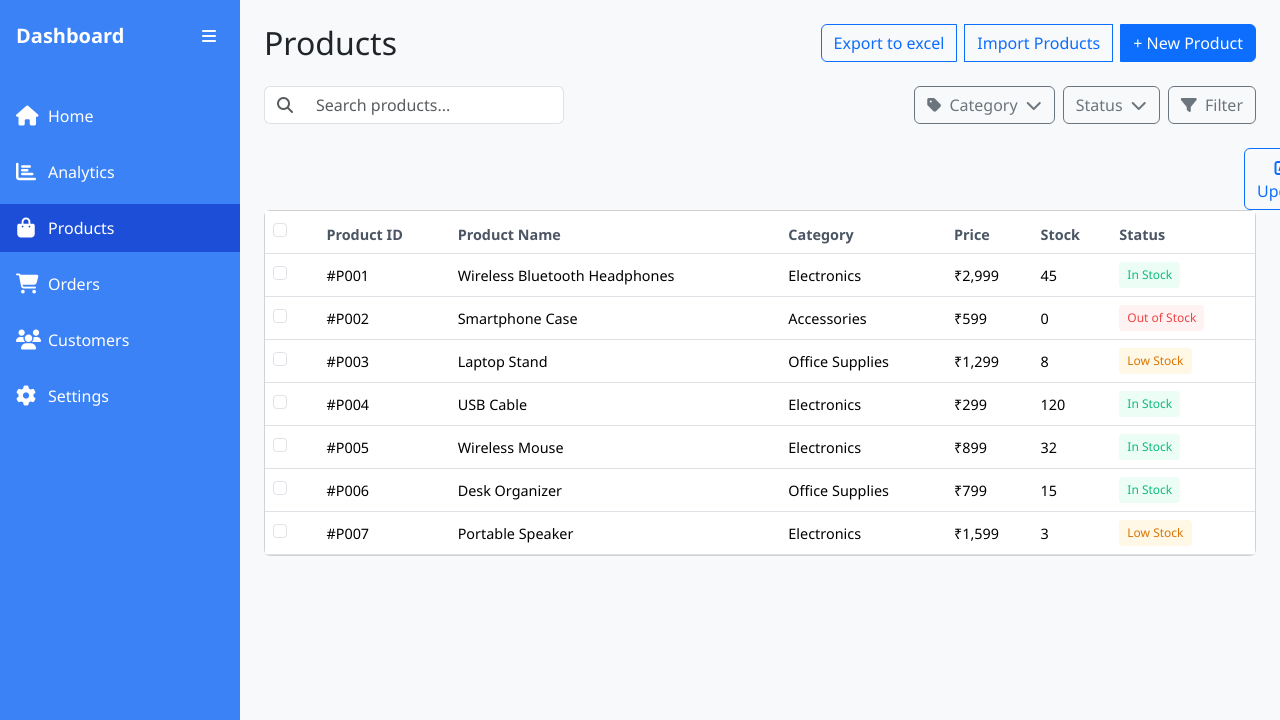
Repository: AditiAjitSalvi/Inventory_Managment
Page: Inventory_Managment_System/Inventory/src/main/webapp/Product.html
An editor plug-in stored every save of this project. The page is shown before and after the next save, followed by the edit.
The browser window is 1280 px wide. The pictures show the whole page.

Above is the page before, as saved 2025-05-23 11:15:59.

### Inventory_Managment_System/Inventory/src/main/webapp/Product.html
<!DOCTYPE html>
<html lang="en">
<head>
<meta charset="UTF-8">
<meta name="viewport" content="width=device-width, initial-scale=1.0">
<title>Products</title>
<!-- Bootstrap CSS -->
<link
	href="https://cdn.jsdelivr.net/npm/bootstrap@5.3.2/dist/css/bootstrap.min.css"
	rel="stylesheet">
<!-- Font Awesome for icons -->
<link rel="stylesheet"
	href="https://cdnjs.cloudflare.com/ajax/libs/font-awesome/6.4.2/css/all.min.css">
<!-- Custom CSS -->
<style>
/* Main Layout */
body {
	margin: 0;
	padding: 0;
	background-color: #f8f9fa;
	font-family: 'Segoe UI', Tahoma, Geneva, Verdana, sans-serif;
}

.dashboard-container {
	display: flex;
	min-height: 100vh;
}

/* Sidebar Styles */
.sidebar {
	width: 240px;
	background-color: #3b82f6; /* Blue 600 equivalent */
	color: white;
	transition: all 0.3s ease-in-out;
	display: flex;
	flex-direction: column;
}

.sidebar.collapsed {
	width: 64px;
}

.sidebar-header {
	display: flex;
	justify-content: space-between;
	align-items: center;
	padding: 16px;
}

.sidebar-title {
	font-size: 1.25rem;
	font-weight: bold;
	margin: 0;
}

.sidebar-toggle {
	background: transparent;
	border: none;
	color: white;
	cursor: pointer;
	padding: 8px;
}

.sidebar-toggle:hover {
	background-color: rgba(255, 255, 255, 0.1);
	border-radius: 4px;
}

.sidebar-menu {
	display: flex;
	flex-direction: column;
	padding-top: 16px;
}

.sidebar-link {
	display: flex;
	align-items: center;
	padding: 12px 16px;
	text-decoration: none;
	color: white;
	margin: 4px 0;
	transition: background-color 0.2s;
}

.sidebar-link:hover {
	background-color: #2563eb; /* Blue 700 equivalent */
	color: white;
}

.sidebar-link.active {
	background-color: #1d4ed8; /* Blue 800 equivalent */
	color: white;
}

.sidebar-link i {
	font-size: 1.25rem;
	width: 20px;
	text-align: center;
}

.sidebar-link .link-text {
	margin-left: 12px;
	white-space: nowrap;
}

.sidebar.collapsed .sidebar-title, .sidebar.collapsed .link-text {
	display: none;
}

/* Main Content */
.main-content {
	flex: 1;
	padding: 24px;
	overflow-y: auto;
}

/* Stat Cards */
.stat-card {
	border-radius: 8px;
	border: 1px solid rgba(0, 0, 0, 0.125);
	box-shadow: 0 1px 3px rgba(0, 0, 0, 0.1);
}

.stat-icon {
	font-size: 1.25rem;
	color: #6b7280; /* Text muted equivalent */
}

.stat-title {
	font-size: 0.875rem;
	color: #6b7280; /* Text muted equivalent */
	margin-bottom: 4px;
}

.stat-value {
	font-size: 1.5rem;
	font-weight: bold;
	margin: 0;
}

/* Chart Container */
.chart-container {
	height: 320px;
	width: 100%;
}

/* Product Visualization */
.product-visualization {
	height: 256px;
	background-color: #312e81; /* Indigo 950 equivalent */
	border-radius: 50%;
}

/* Status Badges */
.status {
	padding: 4px 8px;
	border-radius: 4px;
	font-size: 0.75rem;
	font-weight: 500;
	display: inline-block;
	text-align: center;
}

.status.in-stock {
	background-color: #ecfdf5;
	color: #10b981; /* Green 500 equivalent */
}

.status.out-of-stock {
	background-color: #fef2f2;
	color: #ef4444; /* Red 500 equivalent */
}

.status.low-stock {
	background-color: #fff8e6;
	color: #d97706; /* Amber 500 equivalent */
}

.status.discontinued {
	background-color: #f3f4f6;
	color: #6b7280; /* Gray 500 equivalent */
}

/* Products Page Styles */
.products-container {
	max-width: 100%;
	margin: 0 auto;
}

.search-wrapper {
	width: 300px;
}

.product-table {
	font-size: 0.9rem;
}

.product-table th {
	font-weight: 600;
	color: #4b5563;
	border-bottom-width: 1px;
}

.product-table td {
	vertical-align: middle;
}

.product-table .form-check {
	margin: 2;
}

/* Responsive Adjustments */
@media ( max-width : 768px) {
	.sidebar {
		width: 64px;
	}
	.sidebar .sidebar-title, .sidebar .link-text {
		display: none;
	}
	.main-content {
		padding: 16px;
	}
	.products-container .btn-group {
		display: flex;
		flex-direction: column;
	}
	.products-container .btn-group .btn {
		margin-bottom: 8px;
		margin-right: 0 !important;
	}
	.search-wrapper {
		width: 100%;
		margin-bottom: 16px;
	}
}

.action-buttons {
	position: absolute;
	right: 20px;
	top: 150px;
	display: flex;
	gap: 10px;
}

@media ( max-width : 992px) {
	.products-container .d-flex {
		flex-direction: column;
	}
	.products-container .d-flex .btn {
		margin-bottom: 8px;
	}
}

.card:hover {
	transform: translateY(-5px);
	box-shadow: 0 10px 20px rgba(0, 0, 0, 0.1);
	transition: 0.3s ease;
}
</style>
</head>
<body>
	<div class="dashboard-container">
		<!-- Sidebar -->
		<div class="sidebar" id="sidebar">
			<div class="sidebar-header">
				<h2 class="sidebar-title">Dashboard</h2>
				<button class="btn sidebar-toggle" id="sidebarToggle">
					<i class="fa fa-bars"></i>
				</button>
			</div>
			<div class="sidebar-menu">
				<a href="index.html" class="sidebar-link"> <i class="fa fa-home"></i>
					<span class="link-text">Home</span>
				</a> <a href="#" class="sidebar-link"> <i class="fa fa-chart-bar"></i>
					<span class="link-text">Analytics</span>
				</a> <a href="Product.html" class="sidebar-link active"> <i
					class="fa fa-shopping-bag"></i> <span class="link-text">Products</span>
				</a> <a href="orders.html" class="sidebar-link"> <i
					class="fa fa-shopping-cart"></i> <span class="link-text">Orders</span>
				</a> <a href="#" class="sidebar-link"> <i class="fa fa-users"></i> <span
					class="link-text">Customers</span>
				</a> <a href="#" class="sidebar-link"> <i class="fa fa-cog"></i> <span
					class="link-text">Settings</span>
				</a>
			</div>
		</div>

		<!-- Main Content -->
		<div class="main-content">
			<div class="products-container">
				<div class="d-flex justify-content-between align-items-center mb-4">
					<h2 class="m-0">Products</h2>
					<div class="btn-group">
						<button class="btn btn-outline-primary me-2">Export to
							excel</button>
						<button class="btn btn-outline-primary me-2">Import
							Products</button>
						<button class="btn btn-primary">+ New Product</button>
					</div>
				</div>

				<div class="d-flex justify-content-between align-items-center mb-4">
					<div class="search-wrapper">
						<div class="input-group">
							<span class="input-group-text bg-white border-end-0"> <i
								class="fa fa-search text-muted"></i>
							</span> <input type="text" class="form-control border-start-0"
								placeholder="Search products...">
						</div>
					</div>
					<div class="d-flex">
						<button class="btn btn-outline-secondary me-2">
							<i class="fa fa-tag me-1"></i> <span>Category</span> <i
								class="fa fa-chevron-down ms-1"></i>
						</button>
						<button class="btn btn-outline-secondary me-2">
							<span>Status</span> <i class="fa fa-chevron-down ms-1"></i>
						</button>
						<button class="btn btn-outline-secondary">
							<i class="fa fa-filter me-1"></i> <span>Filter</span>
						</button>
					</div>
				</div>
				<div class="d-flex"
					style="right: 50px; top: 150px; display: flex; gap: 10px; margin-left: 980px;">
					<button class="btn btn-outline-primary me-2">
						<i class="fa fa-edit me-1"></i> <span>Update</span>
					</button>
					<button class="btn btn-outline-danger">
						<i class="fa fa-trash me-1"></i> <span>Delete</span>
					</button>
				</div>

				<div class="card">
					<div class="card-body p-0">
						<div class="table-responsive">
							<table class="table product-table mb-0">
								<thead>
									<tr>
										<th>
											<div class="form-check">
												<input class="form-check-input" type="checkbox"
													id="selectAll"> <label class="form-check-label"
													for="selectAll"></label>
											</div>
										</th>
										<th>Product ID</th>
										<th>Product Name</th>
										<th>Category</th>
										<th>Price</th>
										<th>Stock</th>
										<th>Status</th>
									</tr>
								</thead>
								<tbody>
									<tr>
										<td>
											<div class="form-check">
												<input class="form-check-input" type="checkbox"> <label
													class="form-check-label"></label>
											</div>
										</td>
										<td>#P001</td>
										<td>Wireless Bluetooth Headphones</td>
										<td>Electronics</td>
										<td>₹2,999</td>
										<td>45</td>
										<td><span class="status in-stock">In Stock</span></td>
									</tr>
									<tr>
										<td>
											<div class="form-check">
												<input class="form-check-input" type="checkbox"> <label
													class="form-check-label"></label>
											</div>
										</td>
										<td>#P002</td>
										<td>Smartphone Case</td>
										<td>Accessories</td>
										<td>₹599</td>
										<td>0</td>
										<td><span class="status out-of-stock">Out of Stock</span></td>
									</tr>
									<tr>
										<td>
											<div class="form-check">
												<input class="form-check-input" type="checkbox"> <label
													class="form-check-label"></label>
											</div>
										</td>
										<td>#P003</td>
										<td>Laptop Stand</td>
										<td>Office Supplies</td>
										<td>₹1,299</td>
										<td>8</td>
										<td><span class="status low-stock">Low Stock</span></td>
									</tr>
									<tr>
										<td>
											<div class="form-check">
												<input class="form-check-input" type="checkbox"> <label
													class="form-check-label"></label>
											</div>
										</td>
										<td>#P004</td>
										<td>USB Cable</td>
										<td>Electronics</td>
										<td>₹299</td>
										<td>120</td>
										<td><span class="status in-stock">In Stock</span></td>
									</tr>
									<tr>
										<td>
											<div class="form-check">
												<input class="form-check-input" type="checkbox"> <label
													class="form-check-label"></label>
											</div>
										</td>
										<td>#P005</td>
										<td>Wireless Mouse</td>
										<td>Electronics</td>
										<td>₹899</td>
										<td>32</td>
										<td><span class="status in-stock">In Stock</span></td>
									</tr>
									<tr>
										<td>
											<div class="form-check">
												<input class="form-check-input" type="checkbox"> <label
													class="form-check-label"></label>
											</div>
										</td>
										<td>#P006</td>
										<td>Desk Organizer</td>
										<td>Office Supplies</td>
										<td>₹799</td>
										<td>15</td>
										<td><span class="status in-stock">In Stock</span></td>
									</tr>
									<tr>
										<td>
											<div class="form-check">
												<input class="form-check-input" type="checkbox"> <label
													class="form-check-label"></label>
											</div>
										</td>
										<td>#P007</td>
										<td>Portable Speaker</td>
										<td>Electronics</td>
										<td>₹1,599</td>
										<td>3</td>
										<td><span class="status low-stock">Low Stock</span></td>
									</tr>
								</tbody>
							</table>
						</div>
					</div>
				</div>
			</div>
		</div>
	</div>

	<!-- Bootstrap Bundle with Popper -->
	<script
		src="https://cdn.jsdelivr.net/npm/bootstrap@5.3.2/dist/js/bootstrap.bundle.min.js"></script>
	<!-- Custom JS -->

	<script>
    // Wait for the DOM to be fully loaded
    document.addEventListener('DOMContentLoaded', function() {
        // Sidebar toggle functionality
        const sidebarToggle = document.getElementById('sidebarToggle');
        const sidebar = document.getElementById('sidebar');

        sidebarToggle.addEventListener('click', function() {
            sidebar.classList.toggle('collapsed');
        });

        // Check if we're on mobile
        function checkMobile() {
            if (window.innerWidth < 768) {
                sidebar.classList.add('collapsed');
            } else {
                sidebar.classList.remove('collapsed');
            }
        }

        // Initial check
        checkMobile();

        // Listen for window resize
        window.addEventListener('resize', checkMobile);

        // Select all checkbox functionality
        const selectAllCheckbox = document.getElementById('selectAll');
        if (selectAllCheckbox) {
            selectAllCheckbox.addEventListener('change', function() {
                const checkboxes = document.querySelectorAll('table .form-check-input');
                checkboxes.forEach(checkbox => {
                    checkbox.checked = selectAllCheckbox.checked;
                });
            });
        }

        // Individual checkbox change handler
        const checkboxes = document.querySelectorAll('table .form-check-input:not(#selectAll)');
        checkboxes.forEach(checkbox => {
            checkbox.addEventListener('change', function() {
                const allChecked = Array.from(checkboxes).every(cb => cb.checked);
                const someChecked = Array.from(checkboxes).some(cb => cb.checked);

                if (selectAllCheckbox) {
                    selectAllCheckbox.checked = allChecked;
                    selectAllCheckbox.indeterminate = someChecked && !allChecked;
                }
            });
        });

        // Search functionality
        const searchInput = document.querySelector('.search-wrapper input');
        if (searchInput) {
            searchInput.addEventListener('input', function() {
                const searchText = searchInput.value.toLowerCase();
                const rows = document.querySelectorAll('tbody tr');

                rows.forEach(row => {
                    const text = row.textContent.toLowerCase();
                    if (text.includes(searchText)) {
                        row.style.display = '';
                    } else {
                        row.style.display = 'none';
                    }
                });
            });
        }
    });
    </script>
</body>
</html>

After the next save:
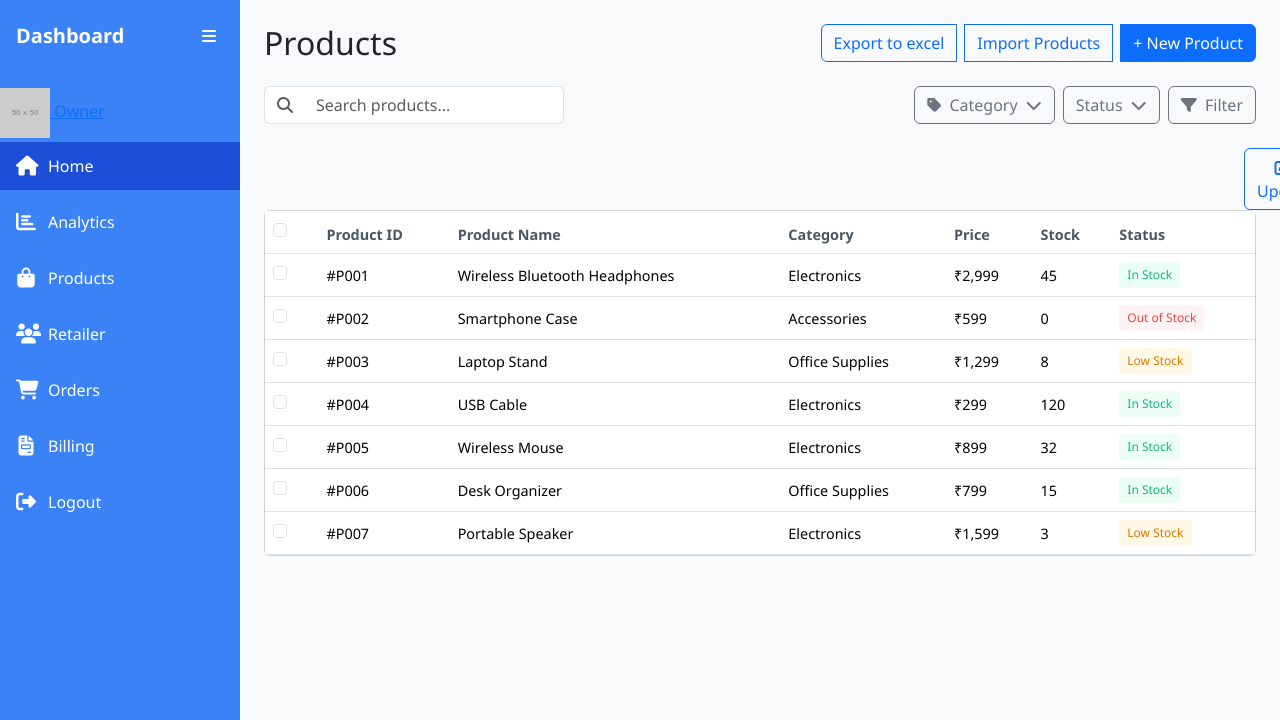
Saved 20 s later.
--- a/Inventory_Managment_System/Inventory/src/main/webapp/Product.html
+++ b/Inventory_Managment_System/Inventory/src/main/webapp/Product.html
@@ -269,19 +269,30 @@ body {
 				</button>
 			</div>
 			<div class="sidebar-menu">
-				<a href="index.html" class="sidebar-link"> <i class="fa fa-home"></i>
+				<div class="profile">
+					<a href="#" class="profile-link"> <img
+						src="https://via.placeholder.com/50" alt="Owner"
+						class="profile-image"> <span class="owner-name">Owner</span>
+					</a>
+				</div>
+				<a href="#" class="sidebar-link active"> <i class="fa fa-home"></i>
 					<span class="link-text">Home</span>
 				</a> <a href="#" class="sidebar-link"> <i class="fa fa-chart-bar"></i>
 					<span class="link-text">Analytics</span>
-				</a> <a href="Product.html" class="sidebar-link active"> <i
+				</a> <a href="Product.html" class="sidebar-link"> <i
 					class="fa fa-shopping-bag"></i> <span class="link-text">Products</span>
-				</a> <a href="orders.html" class="sidebar-link"> <i
-					class="fa fa-shopping-cart"></i> <span class="link-text">Orders</span>
 				</a> <a href="#" class="sidebar-link"> <i class="fa fa-users"></i> <span
-					class="link-text">Customers</span>
-				</a> <a href="#" class="sidebar-link"> <i class="fa fa-cog"></i> <span
-					class="link-text">Settings</span>
+					class="link-text">Retailer</span> <a href="Order.html"
+					class="sidebar-link"> <i class="fa fa-shopping-cart"></i> <span
+						class="link-text">Orders</span>
 				</a>
+
+				</a> <a href="#" class="sidebar-link"> <i class="fa fa-file-invoice"></i>
+					<span class="link-text">Billing</span>
+				</a> <a href="logout.jsp" class="sidebar-link"> <i
+					class="fa fa-sign-out-alt"></i> <span class="link-text">Logout</span>
+				</a>
+
 			</div>
 		</div>
 
